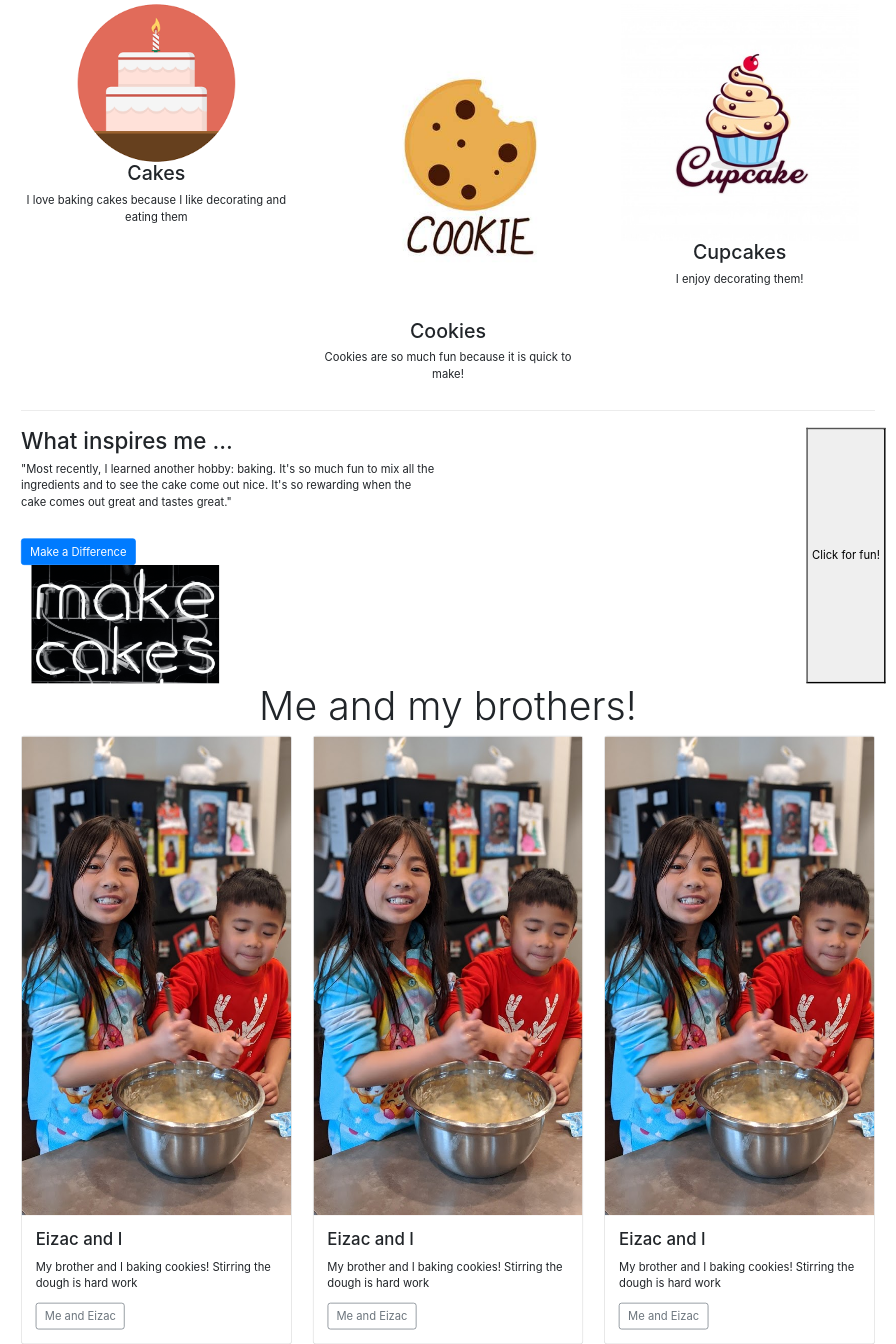
Repository: djzaragoza/Bea-Creation
Page: index.html
An editor plug-in stored every save of this project. The page is shown before and after a run of saves, followed by the edit.
The browser window is 1280 px wide. The pictures show the part of the page from y = 2583 to 4503 px (the page is 4503 px tall), at 70% of full size.
Some web libraries are served in a nearby version.

Above is the page before, as saved 2020-04-07 21:55:43.

### index.html
<!DOCTYPE html>
<html lang="en">
<head>
    <meta charset="utf-8">
    <meta name="viewport" content="width=device-width, initial-scale=1">
    <title>Bea's Creation</title>
    <link rel="stylesheet" href="https://maxcdn.bootstrapcdn.com/bootstrap/4.0.0/css/bootstrap.min.css">
    <script src="https://ajax.googleapis.com/ajax/libs/jquery/3.3.1/jquery.min.js"></script>
    <script src="https://cdnjs.cloudflare.com/ajax/libs/popper.js/1.12.9/umd/popper.min.js"></script>
    <script src="https://maxcdn.bootstrapcdn.com/bootstrap/4.0.0/js/bootstrap.min.js"></script>
    <script src="https://use.fontawesome.com/releases/v5.0.8/js/all.js"></script>
    <link rel="style.css" rel="stylesheet">
</head>
<body>

<!-- navigation -->
<nav class="navbar navbar-expand-md navbar-light bg-light sticky-top">
<div class="container-fluid">
    <a class="navbar-brand" href="#"><img src="img/bea_logo.png"></a>
    <button class="navbar-toggler" type="button" data-toggle="collapse" data-target="#navbarResponsive">
        <span class="navbar-toggler-icon"></span>
    </button>
    <div class="collapse navbar-collapse" id="navbarResponsive">
        <ul class="navbar-nav ml-auto">
            <li class="nav-item active">
                <a class="nav-link" href="#">Home</a>
            </li>
            <li class="nav-item">
                <a class="nav-link" href="#">Cakes</a>
            </li>
            <li class="nav-item">
                <a class="nav-link" href="#">Cupcakes</a>
            </li>
            <li class="nav-item">
                <a class="nav-link" href="#">Cookies</a>
            </li>
        </ul>
    </div>

</div>


</nav>


<!-- image slider -->
<div id="slides" class="carousel slide" data-ride="carousel">
    <ul class="carousel-indicators">
        <li data-target="#slides" data-slide-to="0" class="active"></li>
        <li data-target="#slides" data-slide-to="1">
        <li data-target="#slides" data-slide-to="2">
    </ul>
    <div class="carousel-inner">
        <div class="carousel-item active">
            <img src="img/bea_cover_photo.jpg">
            <div class="carousel-caption">
                <h1 class="display-2">Hello! Nice to meet you!</h1>
                <h3>I'm Bea!</h3>
                <button type="button" class="btn btn-outline-light btn-lg">About Me!</button>
                <button type="button" class="btn btn-primary btn-lg">Click Me!</button>
            </div>
        </div>
        <div class="carousel-item">
            <img src="img/bea_home_cookies.jpg">
        </div>
        <div class="carousel-item">
            <img src="img/bea_home_cupcakes.jpg">
        </div>
    </div>
</div>


<!-- jumbotron -->
<div class="container-fluid">
    <div class="row jumbotron">
        <div class="column-xs-12 col-sm-12 col-md-9 col-lg-9 col-xl-10">
            <p class="lead">Welcome to my page!  My daddy made it for me because he thinks I should show off all of the things I bake.  Check out his own website      ----------------------- > </p>
        </div>
        <div class="col-xs-12 col-sm-12 col-md-3 col-lg-3 col-xl-2">
            <a href="https://www.djzaragoza.dev" target="_blank"><button type="button" class="btn btn-outline-secondary btn-lg">My Daddy's page</button></a>
        </div>

    </div>
</div>

<!-- welcome section -->

<div class="container-fluid padding">
<div class="row welcome text-center">
    <div class="col-12">
        <h1 class="display-4">Creating yummy stuff is so much fun!</div>
    </div>
    <hr>
    <div class="col-12">
        <p class="lead">Welcome to my own site!  I love baking all kinds of cakes, cookies and cupcakes for my family.</p>
    </div>
<div>
</div>

<!-- three column section -->
<div class="container-fluid padding">
<div class="row text-center padding">
    <div class="col-xs-12 col-sm-6 col-md-4">
        <img src="img/cake_icon.png">
        <h3>Cakes</h3>
        <p>I love baking cakes because I like decorating and eating them</p>
    </div>
    <div class="col-xs-12 col-sm-6 col-md-4">
        <img src="img/cookie_icon.jpg">
        <h3>Cookies</h3>
        <p>Cookies are so much fun because it is quick to make!</p>
    </div>
    <div class="col-sm-12 col-md-4">
        <img src="img/cupcake_icon.jpg">
        <h3>Cupcakes</h3>
        <p>I enjoy decorating them!</p>
    </div>
</div>
<hr class="my-4">
</div>

<!-- two column section -->

<div class="container-fluid padding">
    <div class="row padding">
        <div class="col-md-12 col-lg-6">
            <h2>What inspires me ...</h2>
            <p>"Most recently, I learned another hobby: baking.  It's so much fun to mix all the ingredients and to see the cake come out nice.  It's so rewarding when the cake comes out great and tastes great."
            </p>
            <br>
            <a href="https://www.icingsmiles.org" target="_blank" class="btn btn-primary">Make a Difference</a>
        <div>
        <div class="col-lg-6">
            <img src="img/family_baking_icon.jpg" class="img-fluid">
        </div>
    </div>
</div>
<hr class="my-4">
<!-- fixed background -->
<figure>
    <div class="fixed-wrap">
        <div id="fixed">
        </div>
    </div>
</figure>


<!-- emoji section -->
<button class="fun" data-toggle="collapse" data-target="#emoji">Click for fun!</button>
<div id="emoji" class="collapse">
    <div class="container-fluid padding">
        <div class="row text-center">
            <div class="col-sm-6 col-md-3">
                <img class="gif" src="img/custard.png">
            </div>
            <div class="col-sm-6 col-md-3">
                <img class="gif" src="img/cake.png">
            </div>
            <div class="col-sm-6 col-md-3">
                <img class="gif" src="img/cupcake.png">
            </div>
            <div class="col-sm-6 col-md-3">
                <img class="gif" src="img/icecream.png">
            </div>
        </div>
    </div>
</div>

<!-- meet the team -->
<div class="container-fluid padding">
<div class="row welcome text-center">
    <div class="col-12">
        <h1 class="display-4">Me and my brothers!</h1>
    </div>
    <hr>
</div>
</div>


<!-- cards -->

<div class="container-fluid padding">
<div class="row padding">
    <div class="col-md-4">
        <div class="card">
            <img class="card-img-top" src="img/brothers_1.jpg">
            <div class="card-body">
                <h4 class="card-title">Eizac and I</h4>
                <p class="card-text">My brother and I baking cookies!  Stirring the dough is hard work</p>
                <a href="#" class="btn btn-outline-secondary">Me and Eizac</a>
            </div>
        </div>
    </div>

    <div class="col-md-4">
        <div class="card">
            <img class="card-img-top" src="img/brothers_1.jpg">
            <div class="card-body">
                <h4 class="card-title">Eizac and I</h4>
                <p class="card-text">My brother and I baking cookies!  Stirring the dough is hard work</p>
                <a href="#" class="btn btn-outline-secondary">Me and Eizac</a>
            </div>
        </div>
    </div>

    <div class="col-md-4">
        <div class="card">
            <img class="card-img-top" src="img/brothers_1.jpg">
            <div class="card-body">
                <h4 class="card-title">Eizac and I</h4>
                <p class="card-text">My brother and I baking cookies!  Stirring the dough is hard work</p>
                <a href="#" class="btn btn-outline-secondary">Me and Eizac</a>
            </div>
        </div>
    </div>

</div>
</div>

<!-- two column section -->

<!-- connect -->

<!-- footer -->





</body>



</html>

After the next 3 saves:
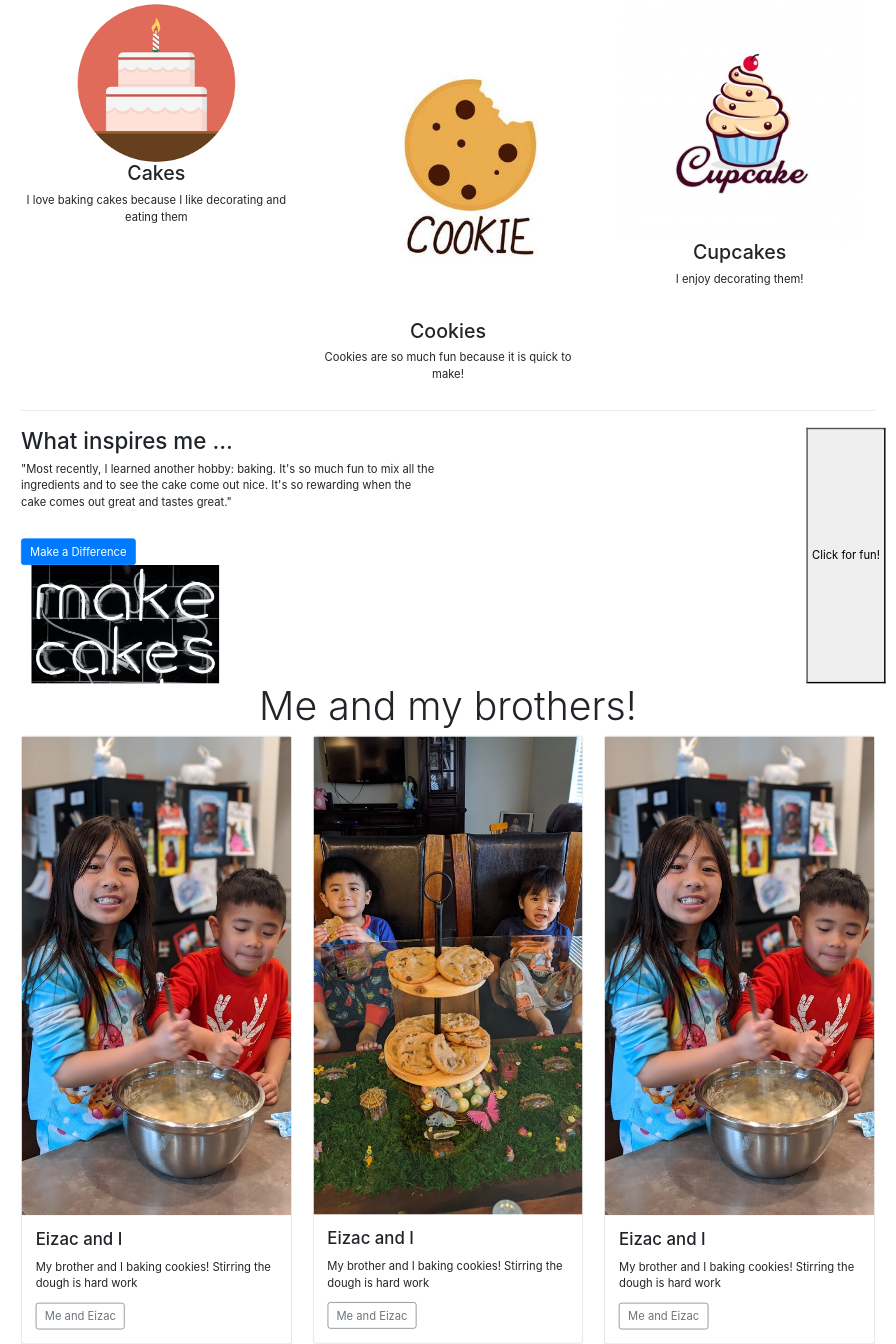
The 3 saves are shown as one change because they came seconds apart.
The last was saved 20 s later.
--- a/index.html
+++ b/index.html
@@ -194,7 +194,7 @@
 
     <div class="col-md-4">
         <div class="card">
-            <img class="card-img-top" src="img/brothers_1.jpg">
+            <img class="card-img-top" src="img/brothers_2.jpg">
             <div class="card-body">
                 <h4 class="card-title">Eizac and I</h4>
                 <p class="card-text">My brother and I baking cookies!  Stirring the dough is hard work</p>
